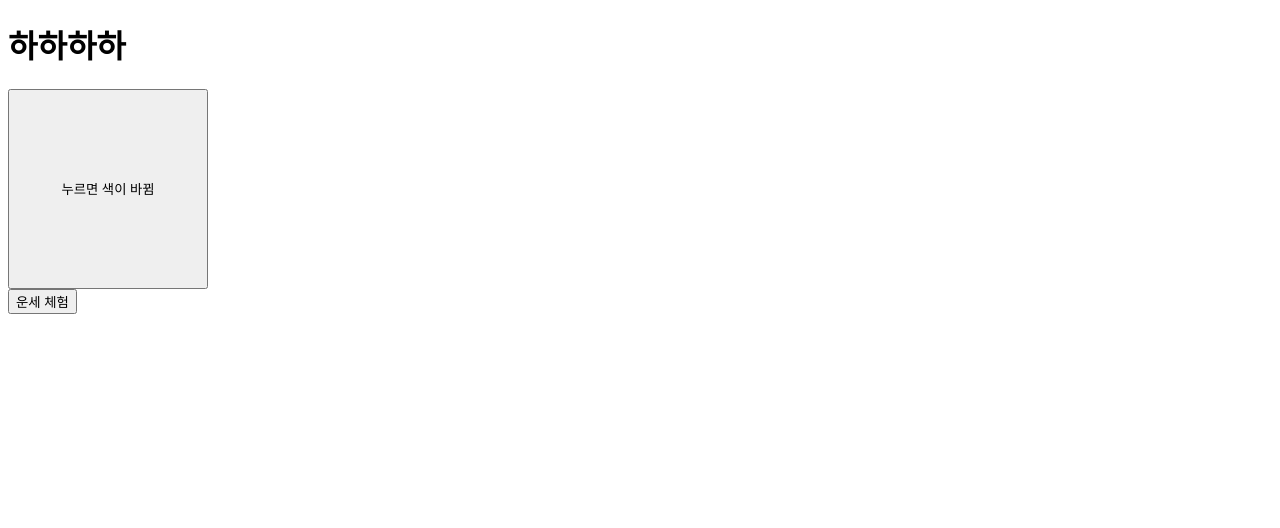
Repository: jun01270/F-E-practice
Page: index.html
The author's editor kept a copy of each file at every save. The page is drawn from the files as they stood at one save, then again after the next save.
The browser window is 1280 px wide. The pictures show the whole page.

Above is the page before, as saved 2022-12-12 19:54:26.

After the next save:
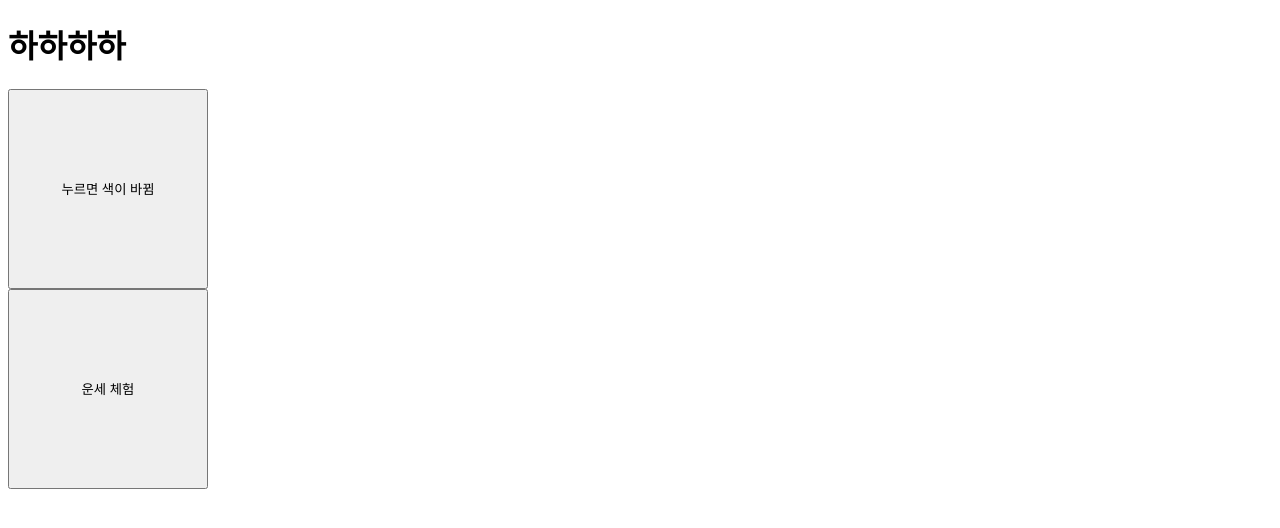
Saved 11 s later.
--- a/style.css
+++ b/style.css
@@ -3,7 +3,7 @@
   height: 200px;
 }
 
-.lucky{
-    width: 200px,
-    height: 200px;
+.lucky {
+  width: 200px;
+  height: 200px;
 }
